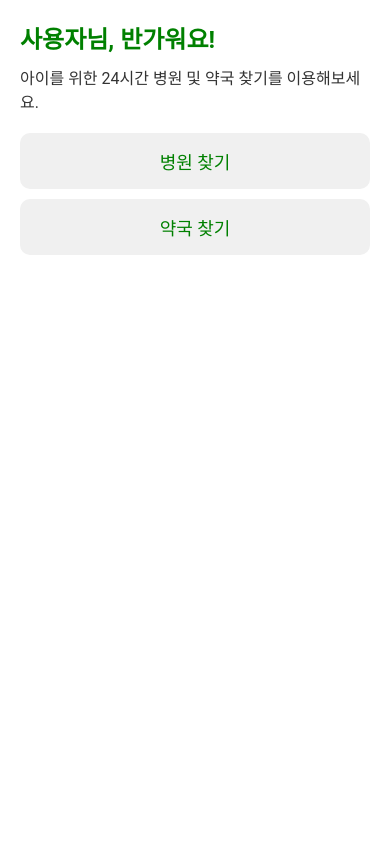
Repository: Sesac-icare/FrontEndiCare
Screen: / (app in iCare/)
These files come from the project's save history. The screen is drawn as it stood at one moment and after the next save; the edit follows.
The app was drawn by React Native's web renderer in a window 390 px wide. The project was rebuilt for these pictures with package versions that can differ from the ones it lists, and the page was loaded fresh each time. Some packages were replaced by stand-ins written for this rebuild.

Above is the screen before, as saved 2025-02-04 15:55:55.

After the next save:
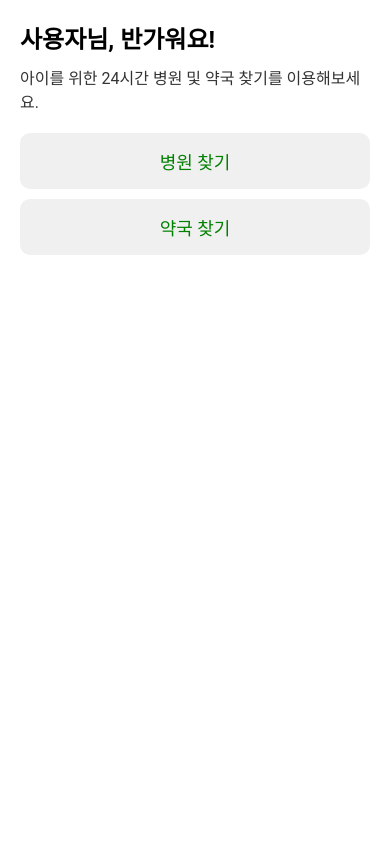
Saved 4 min 50 s later.
--- a/iCare/App.js
+++ b/iCare/App.js
@@ -112,7 +112,7 @@ const styles = StyleSheet.create({
   title: {
     fontSize: 24,
     fontWeight: "bold",
-    color: "green",
+    color: "black",
     marginBottom: 10
     // fontFamily: "NotoSansKR" // 주석 처리
   },
